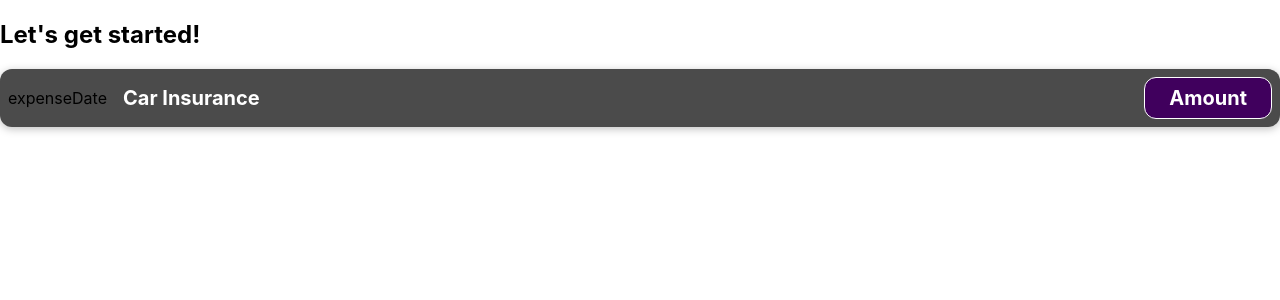
Repository: andresmazza/react-lesson
Page: /
These files come from the project's save history. The page is drawn as it stood at one moment and after a run of saves; the edit follows.
The browser window is 1280 px wide. The pictures show the whole page.
The project was rebuilt for these pictures with package versions that can differ from the ones it lists, and the page was loaded fresh each time. Also part of the build but not shown: src/App.css.

Above is the page before, as saved 2023-04-07 23:10:17.

After the next 2 saves:
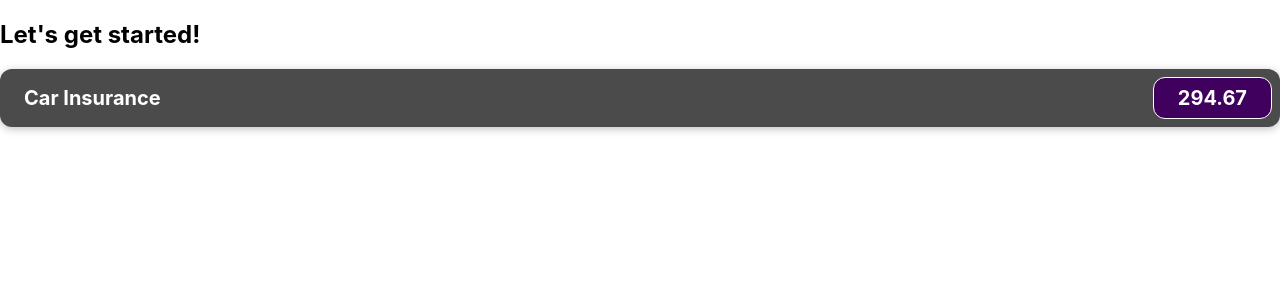
The 2 saves are shown as one change because 1 did not build or start.
The last was saved 51 s later.
--- a/src/components/ExpenseItem.js
+++ b/src/components/ExpenseItem.js
@@ -8,10 +8,10 @@ function ExpenseItem() {
 
     return (
       <div className='expense-item'>
-        <div>expenseDate</div>
+        <div>{expenseDate.getDate}</div>
         <div className='expense-item__description'>
             <h2>{expenseTitle}</h2>
-            <div className='expense-item__price'>Amount</div>
+            <div className='expense-item__price'>{expenseAmount}</div>
         </div>
       </div>
     );
